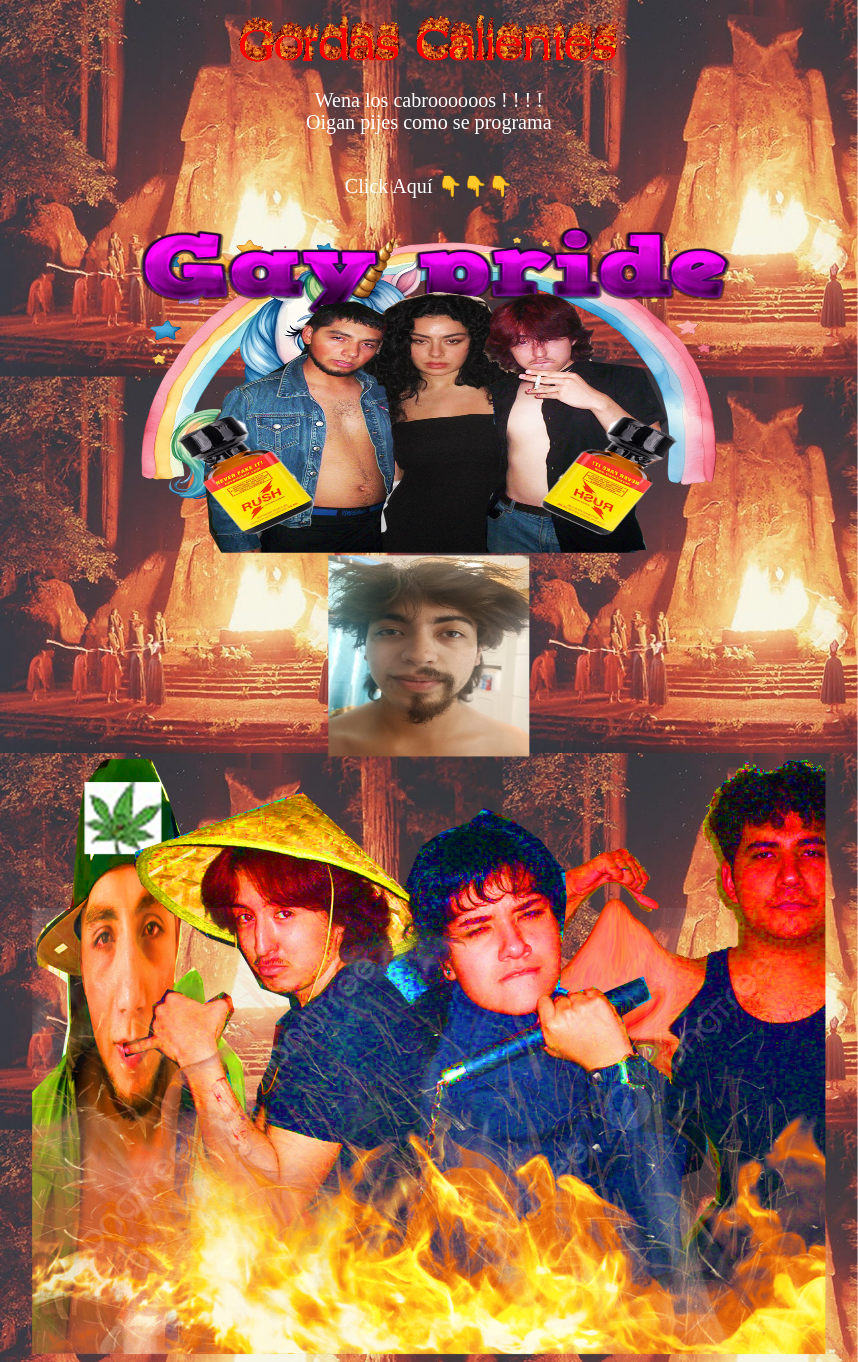
Repository: Eduloco69/crazy-website
Page: index.html
The author's editor kept a copy of each file at every save. The page is drawn from the files as they stood at one save, then again after the next save.
The browser window is 1280 px wide. The pictures show the whole page, at 67% of full size.

Above is the page before, as saved 2025-06-03 23:37:02.

### index.html
<!DOCTYPE html>
<html lang="en">
<head>
    <meta charset="UTF-8">
    <meta name="viewport" content="width=device-width, initial-scale=1.0">
    <meta property="og:title" content="EduSex" />
    <meta property="og:description" content="Comanme la polla" />
    <meta property="og:image" content="src/E43E82A3-8955-4C5C-9331-0861A042E956.JPEG" />

    <link rel="stylesheet" href="styles/style.css">
    <link rel="stylesheet" href="styles/index.css">
    <title>El sitio mas vio de $hile</title>
</head>
<body>
    <img id="titulo" src="src/title_gordas.gif" alt="">

    <p style="font-family: 'Comic Sans MS'; font-size: 30px; color: white;">
        Wena los cabroooooos ! ! ! !
        <br>
        Oigan pijes como se programa
    </p>
    <div>
        <p style="font-family: 'Comic Sans MS'; font-size: 30px; color: white;">Click Aquí 👇👇👇</p>
        <a href="gay.html">
            <img src="src/gay_pride.png" alt="" width="900px" height="500px">
        </a>
    </div>
    <div>
        <img src="src/ADAC2544-2AE6-4C0D-8F05-14998BBBDF3E.JPEG" alt="" width="300px" height="300px">
    </div>
    <div>
        <img src="src/hard_footer.png" alt="">
    </div>
</body>
<footer>
</footer>
</html>

### styles/style.css


body {
  flex-direction: column;
  align-items: center;
  justify-content: center;
  text-align: center;
}

### styles/index.css
html {
  cursor: url('../src/cursor.ico'), default;
}

body {
    background-image: url("../src/bg.jpg") ;display: flex;
}

After the next save:
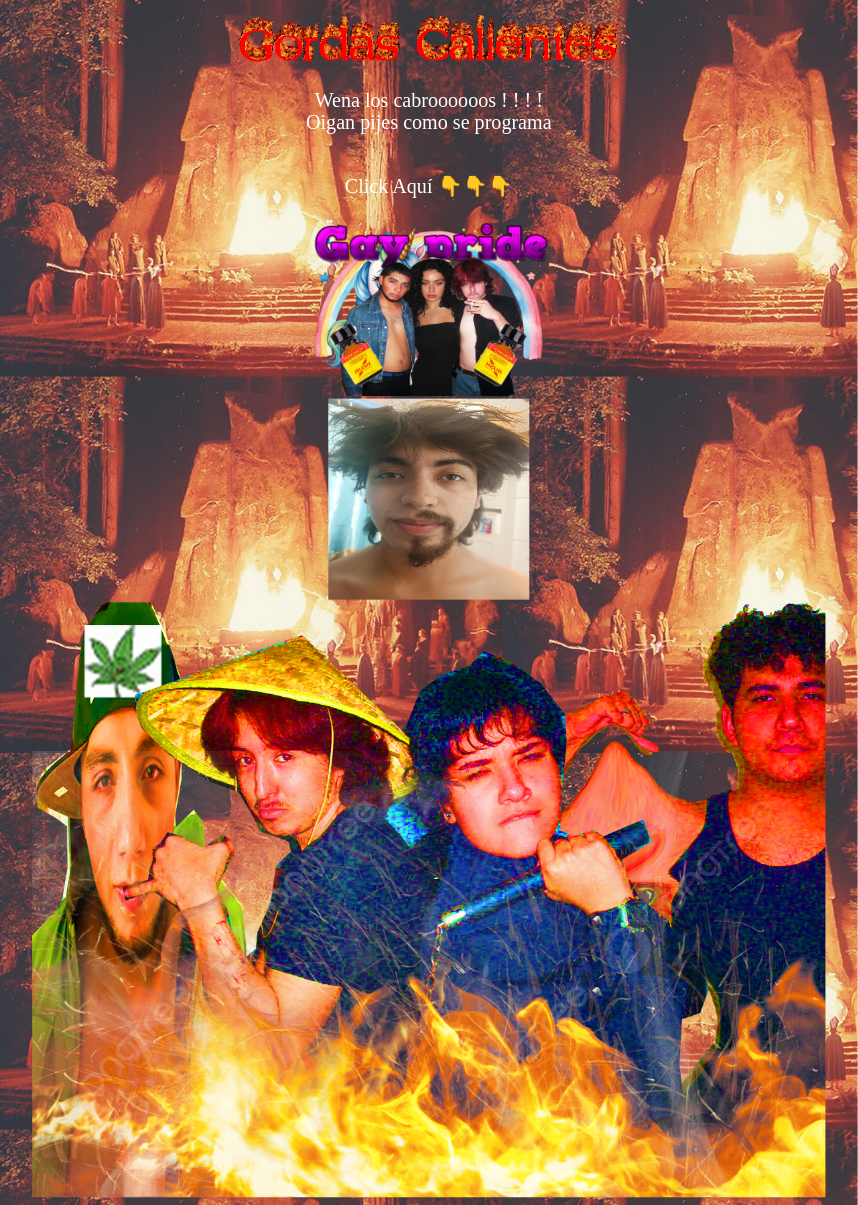
Saved 27 min 57 s later.
--- a/index.html
+++ b/index.html
@@ -22,7 +22,7 @@
     <div>
         <p style="font-family: 'Comic Sans MS'; font-size: 30px; color: white;">Click Aquí 👇👇👇</p>
         <a href="gay.html">
-            <img src="src/gay_pride.png" alt="" width="900px" height="500px">
+            <img src="src/gay_pride.png" alt="" width="30%" height="30%">
         </a>
     </div>
     <div>
